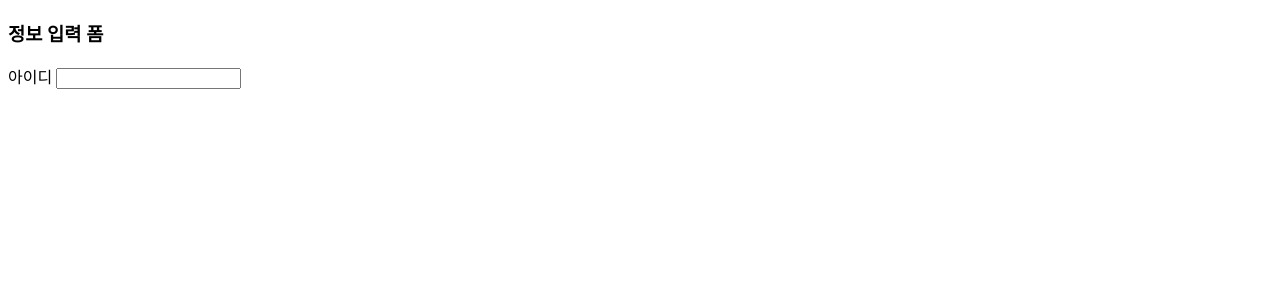
Repository: KangEunseo/2019-jsp-class
Page: http://localhost/BasicJSP/coosession/loginTestForm.jsp
The author's editor kept a copy of each file at every save. The page is drawn from the files as they stood at one save, then again after the next save.
The browser window is 1280 px wide. The pictures show the whole page.
The page is served by Tomcat 9.

Above is the page before, as saved 2019-09-25 02:06:37.

After the next save:
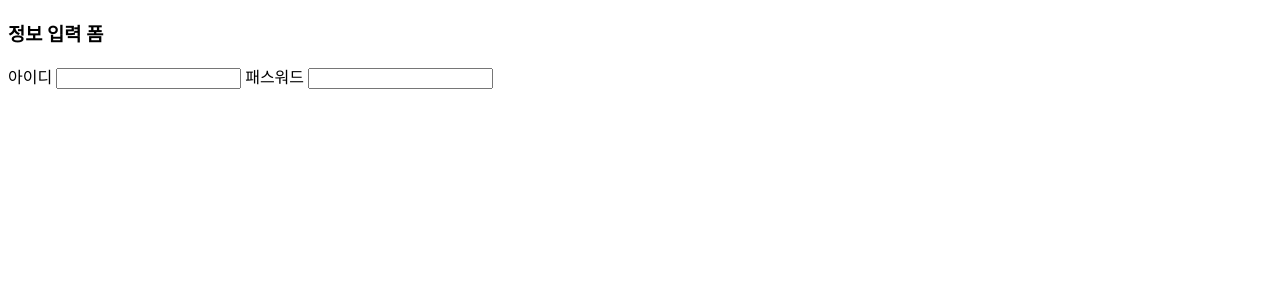
Saved 28 s later.
--- a/BasicJSP/WebContent/coosession/loginTestForm.jsp
+++ b/BasicJSP/WebContent/coosession/loginTestForm.jsp
@@ -8,6 +8,7 @@
 </head>
 <body>
 	<h3>정보 입력 폼</h3>
-	아이디 <input type="text" >
+	아이디 <input type="text" name="id">
+	패스워드 <input type="password" name="pwd">
 </body>
 </html>
